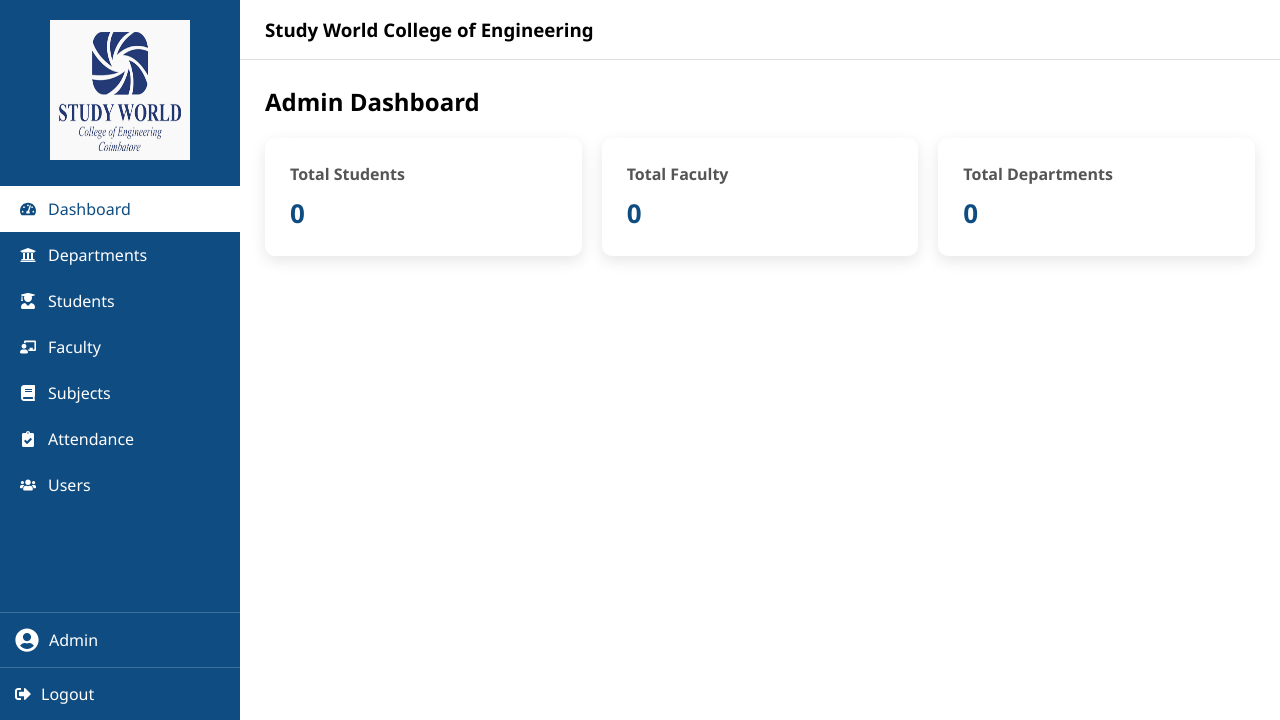
Repository: arthanarieswara/frontend
Page: /dashboard
An editor plug-in stored every save of this project. The page is shown before and after the next save, followed by the edit.
The browser window is 1280 px wide. The pictures show the whole page.
The page's requests for data from a server got no answer. The project was rebuilt for these pictures with package versions that can differ from the ones it lists, and the page was loaded fresh each time. No one was signed in, and anything a server would have sent is missing. Also part of the build but not shown: vite.config.js, src/pages/auth/Login.jsx, src/pages/departments/Departments.css, src/pages/departments/Departments.jsx, src/pages/students/Students.css, src/pages/students/Students.jsx, src/pages/faculty/Faculty.css, src/pages/faculty/Faculty.jsx and 7 more.

Above is the page before, as saved 2026-03-26 15:26:36.

### src/App.jsx
import AppRoutes from "./routes/AppRoutes";

function App() {
  return <AppRoutes />;
}

export default App;

### src/routes/AppRoutes.jsx
import { BrowserRouter, Routes, Route } from "react-router-dom";

import Login from "../pages/auth/Login";
import Dashboard from "../pages/dashboard/Dashboard";
import Departments from "../pages/departments/Departments";
import Students from "../pages/students/Students";
import Faculty from "../pages/faculty/Faculty";
import Subjects from "../pages/Subjects/Subjects";
import Attendance from "../pages/Attendance/Attendance";
import Users from "../pages/users/Users";
import UserMapping from "../pages/UserMapping/UserMapping"; // ✅ NEW

function AppRoutes() {
  return (
    <BrowserRouter>
      <Routes>
        <Route path="/" element={<Login />} />
        <Route path="/dashboard" element={<Dashboard />} />
        <Route path="/departments" element={<Departments />} />
        <Route path="/students" element={<Students />} />
        <Route path="/faculty" element={<Faculty />} />
        <Route path="/subjects" element={<Subjects />} />
        <Route path="/attendance" element={<Attendance />} />
        <Route path="/users" element={<Users />} />

        {/* ✅ NEW ROUTE */}
        <Route path="/mapping" element={<UserMapping />} />
      </Routes>
    </BrowserRouter>
  );
}

export default AppRoutes;

### src/pages/dashboard/Dashboard.jsx
import { useEffect, useState } from "react";
import Layout from "../../components/Layout";
import api from "../../api/api";
import "./Dashboard.css";

function Dashboard() {

  const [data,setData] = useState({
    students:0,
    faculty:0,
    departments:0,
    fees:0
  });

  useEffect(()=>{

    const fetchDashboard = async ()=>{

      try{

        const res = await api.get("/dashboard/admin");

        setData(res.data);

      }catch(err){

        console.log(err);

      }

    };

    fetchDashboard();

  },[]);

  return(

    <Layout>

      <div className="dashboard">

        <h2>Admin Dashboard</h2>

        <div className="cards">

          <div className="card">
            <h3>Total Students</h3>
            <p>{data.students}</p>
          </div>

          <div className="card">
            <h3>Total Faculty</h3>
            <p>{data.faculty}</p>
          </div>

          <div className="card">
            <h3>Total Departments</h3>
            <p>{data.departments}</p>
          </div>

          {/* <div className="card">
            <h3>Total Fees Collected</h3>
            <p>₹{data.fees}</p>
          </div> */}

        </div>

      </div>

    </Layout>

  );

}

export default Dashboard;

### src/api/api.js
import axios from "axios";

const api = axios.create({
  baseURL: "http://localhost:5000/api"
});

api.interceptors.request.use((config) => {

  const token = localStorage.getItem("token");

  if (token) {
    config.headers.Authorization = `Bearer ${token}`;
  }

  return config;

});

export default api;

### src/pages/auth/Login.css
*{
  margin:0;
  padding:0;
  box-sizing:border-box;
  font-family:"Segoe UI",sans-serif;
}

/* ANIMATED BACKGROUND */

.login-wrapper{
  height:100vh;
  display:flex;
  justify-content:center;
  align-items:center;
  background:linear-gradient(270deg,#0f4c81,#3a8bfd,#1a6ed8);
  background-size:600% 600%;
  animation:gradientBG 10s ease infinite;
}

@keyframes gradientBG{
  0%{background-position:0% 50%}
  50%{background-position:100% 50%}
  100%{background-position:0% 50%}
}

/* LOGIN CARD */

.login-card{
  width:420px;
  padding:40px;
  border-radius:12px;
  background:rgba(255,255,255,0.15);
  backdrop-filter:blur(15px);
  box-shadow:0 15px 40px rgba(0,0,0,0.3);
  text-align:center;
  color:white;
}

/* COLLEGE HEADER */

.college-logo{
  width:70px;
  margin-bottom:10px;
}

.college-header h1{
  font-size:20px;
  margin-bottom:5px;
}

.college-header p{
 font-size:13px;
  opacity:0.9;
}

.college-header span{
  font-size:12px;
  opacity:0.8;
}

.college-header{
  margin-bottom:30px;
}

/* INPUT GROUP */

.input-group{

  position:relative;
  margin-bottom:20px;
}

.input-group input{
  width:100%;
  padding:12px;
  border:none;
  border-radius:6px;
  outline:none;
  font-size:14px;
}

/* FLOATING LABEL */

.input-group label{
  position:absolute;
  left:12px;
  top:50%;
  transform:translateY(-50%);
  color:#000000;
  font-size:14px;
  pointer-events:none;
  transition:0.3s;
}

.input-group input:focus + label,
.input-group input:not(:placeholder-shown) + label{
  top:-8px;
  /* background:white; */
  padding:0 5px;
  font-size:15px;
  color:white;
}

/* PASSWORD ICON */

.password-group{
 position:relative;
}

.eye-icon{
  position:absolute;
  right:10px;
  top:50%;
  transform:translateY(-50%);
  cursor:pointer;
  color:#444;
}

/* BUTTON */

.login-btn{
  width:100%;
  padding:12px;
  border:none;
  border-radius:6px;
  background:white;
  color:#0f4c81;
  font-size:16px;
  font-weight:bold;
  cursor:pointer;
  transition:all 0.3s;
}

.login-btn:hover{
  transform:translateY(-2px);
  box-shadow:0 5px 15px rgba(0,0,0,0.3);
}

### src/components/Layout.jsx
import { useState } from "react";
import Sidebar from "./Sidebar";
import Navbar from "./Navbar";

function Layout({ children }) {

  const [collapsed,setCollapsed] = useState(false);

  return (

    <div style={{display:"flex"}}>

      <Sidebar collapsed={collapsed} />

      <div style={{flex:1}}>

        <Navbar toggleSidebar={()=>setCollapsed(!collapsed)} />

        <div style={{padding:"25px"}}>
          {children}
        </div>

      </div>

    </div>

  );

}

export default Layout;

### src/pages/dashboard/Dashboard.css
.dashboard h2{
  margin-bottom:20px;
}

.cards{

  display:grid;

  grid-template-columns:repeat(auto-fit,minmax(220px,1fr));

  gap:20px;

}

.card{

  background:white;

  padding:25px;

  border-radius:10px;

  box-shadow:0 5px 15px rgba(0,0,0,0.1);

  transition:0.3s;

}

.card:hover{

  transform:translateY(-5px);

}

.card h3{

  font-size:16px;

  margin-bottom:10px;

  color:#555;

}

.card p{

  font-size:26px;

  font-weight:bold;

  color:#0f4c81;

}

### src/components/Sidebar.jsx
import { NavLink, useNavigate } from "react-router-dom";
import {
  FaTachometerAlt,
  FaUniversity,
  FaUserGraduate,
  FaChalkboardTeacher,
  FaBook,
  FaClipboardCheck,
  FaMoneyBill,
  FaSignOutAlt,
  FaUserCircle,
  FaUsers,
} from "react-icons/fa";

import "./Sidebar.css";

function Sidebar({ collapsed }) {
  const navigate = useNavigate();

  const handleLogout = () => {
    localStorage.removeItem("token");
    navigate("/");
  };

  return (
    <div className={`sidebar ${collapsed ? "collapsed" : ""}`}>
      <div className="sidebar-header">
        <img src="/college-logo.png" className="sidebar-logo" />
      </div>

      <nav className="menu">
        <NavLink to="/dashboard" className="menu-item">
          <FaTachometerAlt />
          <span>Dashboard</span>
        </NavLink>

        <NavLink to="/departments" className="menu-item">
          <FaUniversity />
          <span>Departments</span>
        </NavLink>

        <NavLink to="/students" className="menu-item">
          <FaUserGraduate />
          <span>Students</span>
        </NavLink>

        <NavLink to="/faculty" className="menu-item">
          <FaChalkboardTeacher />
          <span>Faculty</span>
        </NavLink>

        <NavLink to="/subjects" className="menu-item">
          <FaBook />
          <span>Subjects</span>
        </NavLink>

        <NavLink to="/attendance" className="menu-item">
          <FaClipboardCheck />
          <span>Attendance</span>
        </NavLink>

        {/* <NavLink to="/fees" className="menu-item">
          <FaMoneyBill />
          <span>Fees</span>
        </NavLink> */}

        <NavLink to="/users" className="menu-item">
          <FaUsers />
          <span>Users</span>
        </NavLink>
      </nav>

      {/* PROFILE SECTION */}

      <div className="profile">
        <FaUserCircle className="profile-icon" />
        <span>Admin</span>
      </div>

      {/* LOGOUT */}

      <div className="logout" onClick={handleLogout}>
        <FaSignOutAlt />
        <span>Logout</span>
      </div>
    </div>
  );
}

export default Sidebar;

### src/components/Navbar.jsx
import { FaBars } from "react-icons/fa";
import "./Navbar.css";

function Navbar({ toggleSidebar }) {

    return (

        <div className="navbar">

            {/* <FaBars className="toggle-btn" onClick={toggleSidebar} /> */}

            <h3>Study World College of Engineering</h3>

        </div>

    )

}

export default Navbar;

### src/components/Sidebar.css
.sidebar {
    width: 240px;
    height: 100vh;
    background: #0f4c81;
    color: white;
    display: flex;
    flex-direction: column;
    transition: 0.3s;
}

/* COLLAPSED */

.sidebar.collapsed {
    width: 70px;
}

.sidebar.collapsed span {
    display: none;
}

/* HEADER */

.sidebar-header {
    font-size: 20px;
    font-weight: bold;
    text-align: center;
    padding: 20px;
}

/* MENU */

.menu {
    flex: 1;
    display: flex;
    flex-direction: column;
}

/* MENU ITEM */

.menu-item {
    display: flex;
    align-items: center;
    gap: 12px;
    padding: 12px 20px;
    text-decoration: none;
    color: white;
    transition: 0.3s;
}

.menu-item:hover {
    background: rgba(255, 255, 255, 0.2);
}

.menu-item.active {
    background: white;
   color: #0f4c81;
}

/* PROFILE */

.profile {
    padding: 15px;
    border-top: 1px solid rgba(255, 255, 255, 0.2);
    display: flex;
    align-items: center;
    gap: 10px;
}

.profile-icon {
    font-size: 24px;
}

/* LOGOUT */

.logout {
    padding: 15px;
    display: flex;
    align-items: center;
    gap: 10px;
    cursor: pointer;
    border-top: 1px solid rgba(255, 255, 255, 0.2);
}

.logout:hover {
    background: rgba(255, 255, 255, 0.2);
}

.sidebar-logo {
    width: 140px;
    height: 140px;
    /* border-radius:50%; */
}

### src/components/Navbar.css
.navbar{
  height:60px;
  background:white;
  border-bottom:1px solid #ddd;
  display:flex;
  align-items:center;
  padding:0 25px;
}

Loaded but not shown: index.html (common file); src/main.jsx (common file)

After the next save:
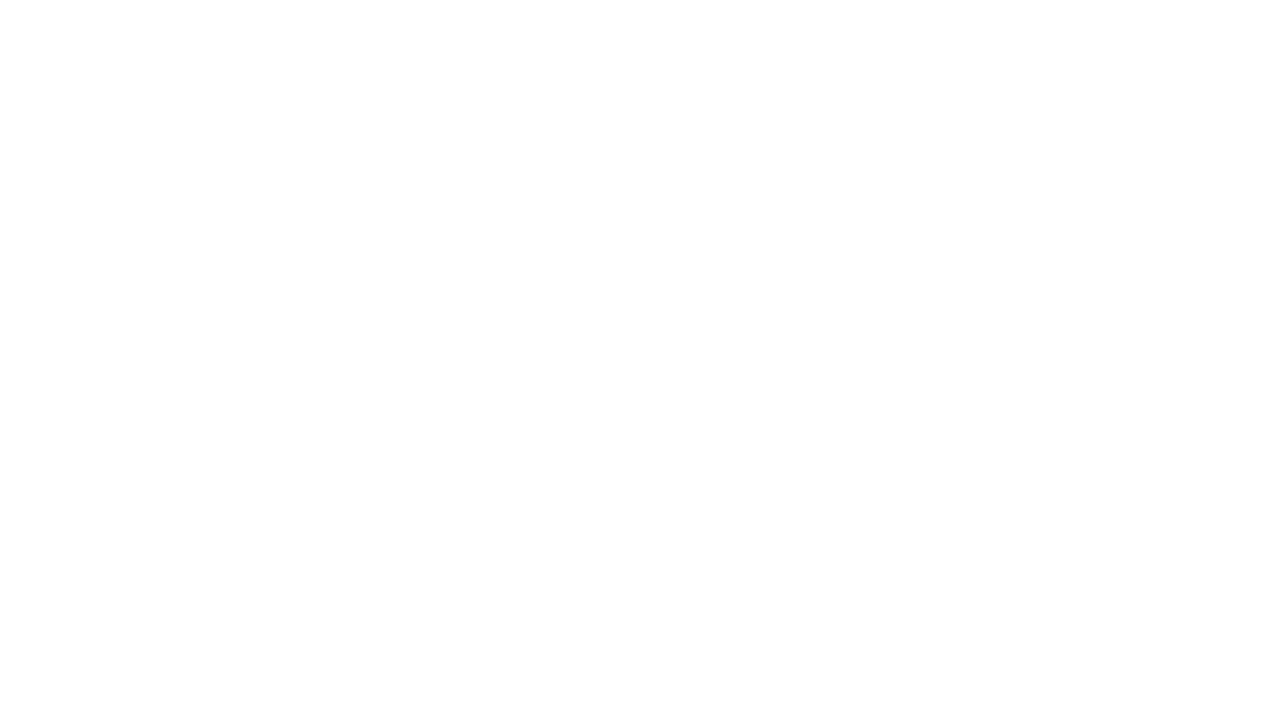
Console error: ReferenceError: FaProjectDiagram is not defined
Saved 110 s later.
--- a/src/components/Sidebar.jsx
+++ b/src/components/Sidebar.jsx
@@ -68,6 +68,10 @@ function Sidebar({ collapsed }) {
           <FaUsers />
           <span>Users</span>
         </NavLink>
+        <NavLink to="/mapping" className="menu-item">
+          <FaProjectDiagram />
+          <span>Mapping</span>
+        </NavLink>
       </nav>
 
       {/* PROFILE SECTION */}

After the 3 saves that followed:
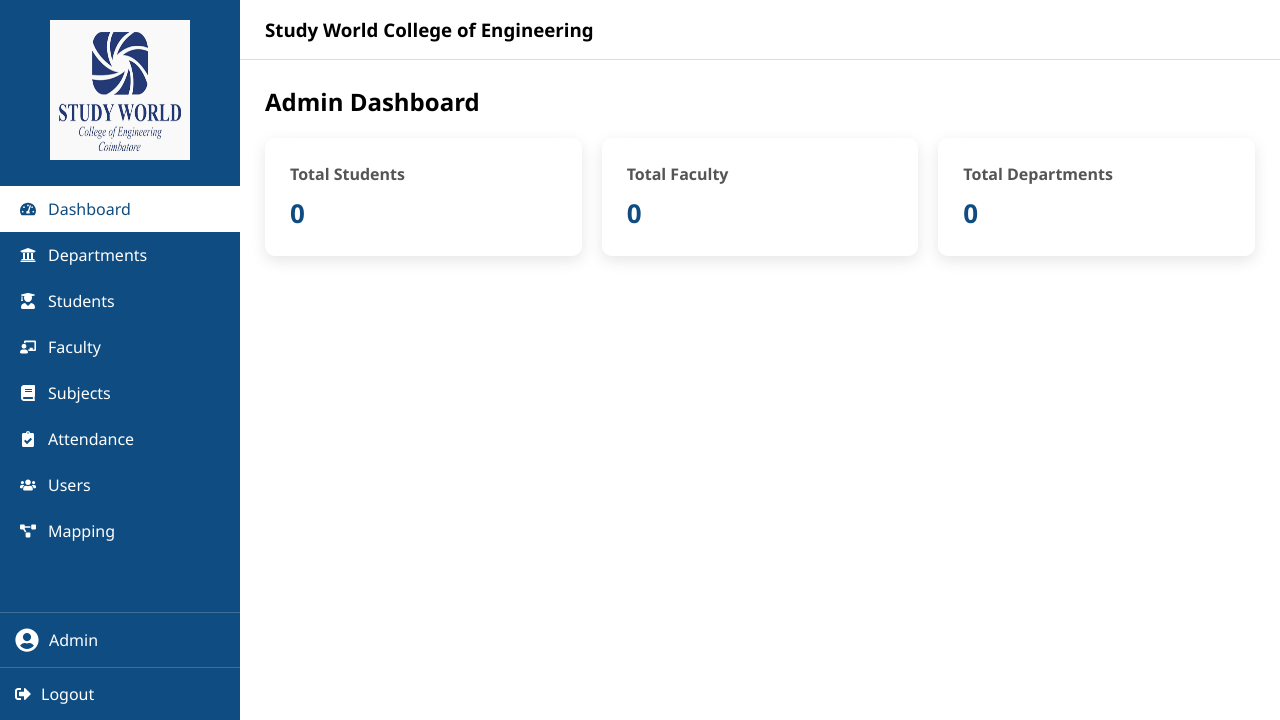
The error is gone.
The 3 saves are shown as one change because 2 left the picture as it was.
The last was saved 5 min 48 s later.
--- a/src/routes/AppRoutes.jsx
+++ b/src/routes/AppRoutes.jsx
@@ -9,7 +9,6 @@ import Subjects from "../pages/Subjects/Subjects";
 import Attendance from "../pages/Attendance/Attendance";
 import Users from "../pages/users/Users";
 import UserMapping from "../pages/UserMapping/UserMapping"; // ✅ NEW
-
 function AppRoutes() {
   return (
     <BrowserRouter>
--- a/src/components/Sidebar.jsx
+++ b/src/components/Sidebar.jsx
@@ -10,6 +10,7 @@ import {
   FaSignOutAlt,
   FaUserCircle,
   FaUsers,
+  FaProjectDiagram,
 } from "react-icons/fa";
 
 import "./Sidebar.css";
